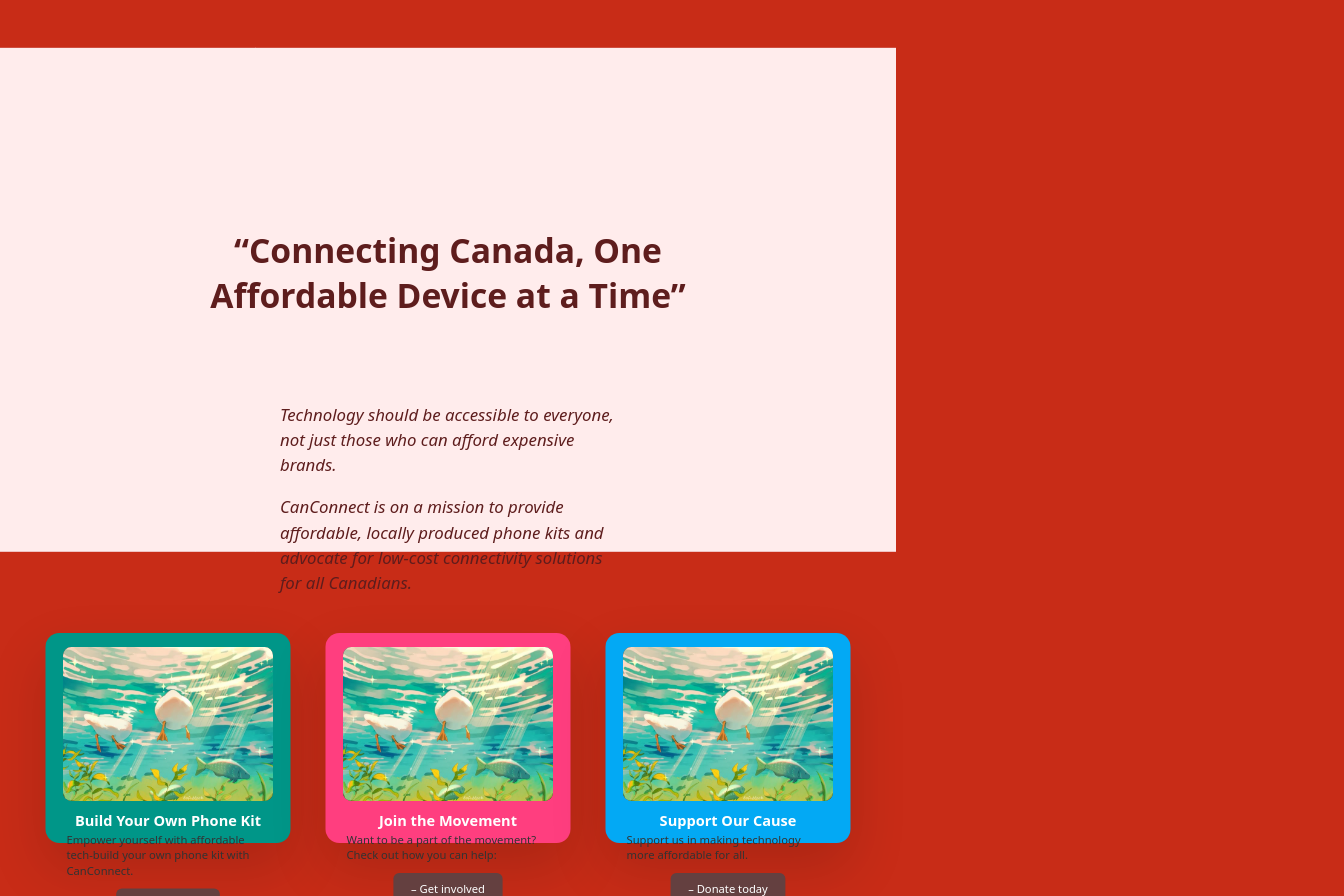
Repository: katelynyew/communityWebsite
Page: index.html
An editor plug-in stored every save of this project. The page is shown before and after the next save, followed by the edit.
The browser window is 1280 px wide. The page is 1920 px wide, so the pictures cover 1920 px, including what lies to the right of the window. The pictures show the part of the page from y = 2035 to 3315 px (the page is 3351 px tall), at 70% of full size.
Some web fonts or font styles are not loaded; a fallback is used. Some web libraries are served in a nearby version.

Above is the page before, as saved 2025-04-03 02:03:33.

### index.html
<!DOCTYPE html>
<html lang="en">
<head>
  <meta charset="UTF-8">
  <meta name="viewport" content="width=device-width, initial-scale=1.0">
  <link rel="stylesheet" href="./style.css" />

  <link rel="preconnect" href="https://fonts.googleapis.com">
  <link rel="preconnect" href="https://fonts.gstatic.com" crossorigin><link href="https://fonts.googleapis.com/css2?family=Ranchers&display=swap" rel="stylesheet">

  <title>Canconnect</title>
</head>
<body>

    <div class="landing">
      <nav>
        <h1 id="logo">CANConnect</h1>
        <a href="index.html">
          <img id="logo-img1" src="./can1.png" alt="CanConnect Logo" id="logo" />
        </a>
        <u1 class="nav-links">
          <li><a href="index.html" onclick="location.reload(); return false;">Home</a></li>
          <li><a href="https://sites.google.com/my.yorku.ca/canconnect/home">About Us</a></li>
          <li><a href="https://sites.google.com/my.yorku.ca/canconnect/tech-reshare-program?authuser=0">Our Project</a></li>
          <li><a href="https://sites.google.com/my.yorku.ca/canconnect/get-involved?authuser=0">Get Involved</a></li>
          <li><a href="https://sites.google.com/my.yorku.ca/canconnect/news-updates?authuser=0">News & Updates</a></li>
          <li><a href="https://sites.google.com/my.yorku.ca/canconnect/our-team?authuser=0">Staff</a></li>
          <li><a href="https://sites.google.com/my.yorku.ca/canconnect/connect?authuser=0">Contact Us</a></li>
        </u1>
      </nav>
      <div class="header">
        <div class="letters">
          <img id="logo-img2" src="can2.png" alt="CanConnect Logo">
          <!-- <h1 class="title">CANConnect</h1> -->
          <h2 class="big-text">“Connecting Canada, One Affordable Device at a Time”</h2>
        </div>
      </div>
      <div class="website-content">
        <div class="img-holder">
          <img src="./back.jpg" alt="Description of the image"/>
        </div>
      </div>
    </div>


  <div class="content-holder">
    <div class="intro-text">

      <h1 class="sub">
        “Connecting Canada, One Affordable Device at a Time”
      </h1>
      <p class="hide">
        <span class="text">Technology should be accessible to everyone, not just those who can afford expensive
          brands.</span>
      </p>

      <p class="hide">
        <span class="text">CanConnect is on a mission to provide affordable, locally produced phone kits and advocate for low-cost connectivity solutions for all Canadians.</span>
      </p>
    </div>
  </div>
  <div class="slider"></div>

  <div class="container">
    <div class="card" style="--clr:#009688;">
      <div class="cardimg">
        <img src="./card.jpeg" alt="">
      </div>
      <div class="card-content">
        <h2>Build Your Own Phone Kit</h2>
        <p>Empower yourself with affordable tech-build your own phone kit with CanConnect.</p>
        <a href="#">– Learn More</a>
      </div>
    </div>
    <div class="card" style="--clr:#ff3e7f;">
      <div class="cardimg">
        <img src="./card.jpeg" alt="">
      </div>
      <div class="card-content">
        <h2>Join the Movement</h2>
        <p>Want to be a part of the movement? Check out how you can help:</p>
        <a href="#">– Get involved</a>
      </div>
    </div>
    <div class="card" style="--clr:#03a9f4;">
      <div class="cardimg">
         <img src="./card.jpeg" alt="">
      </div>
      <div class="card-content">
        <h2>Support Our Cause</h2>
        <p>Support us in making technology more affordable for all.</p>
        <a href="#">– Donate today</a>
      </div>
    </div>
  </div>

<script src="https://cdnjs.cloudflare.com/ajax/libs/gsap/3.8.0/gsap.min.js"></script>
<script src="https://cdnjs.cloudflare.com/ajax/libs/gsap/3.8.0/ScrollTrigger.min.js"></script>
<script src="./script.js"></script>

</body>
</html>

### style.css
*{
    margin: 0;
    padding: 0;
    box-sizing: border-box;
}
main {
    font-family: "Noto Sans", sans-serif;
}
html {
    overscroll-behavior: none;
}



html, body {
    font-family: "Noto sans", sans-serif;
    height: 100%;
    background-color: rgb(200, 44, 23);

}


.landing{
    min-height: 100vh;
    background-color: rgb(200, 44, 23);
    background-size: cover;
    display: flex;
    flex-direction: column;
    justify-content: top;
    align-content: flex-start;
    z-index: 2;
}
img {
    width: 100%;
    height: 100%;
    object-fit: cover;

}
nav {
    position: fixed;
    top: 0;
    right: 0;
    display: flex;
    align-items: center;
    justify-content: space-between;
    min-height: 10vh;
    max-width: 1200px; /* Prevents the nav from expanding too much */
    z-index: 20;


}


.nav-links {
    display: flex;  /* place the items side by side*/
    list-style: none;   /* get rid of bullet point*/
    gap: 2rem;  /* gap between each nav li element*/
    padding: 2em;

}

.nav-links li {
    /* padding-left: 10rem; */
    font-size: 1rem;
    font-weight: lighter;
    list-style: none;
    display: inline-block;
    padding: 5px 15px;
    border-radius: 5px;


}
.nav-links li:hover {
    border-color: #009688; /* Make border visible on hover */
    background-color: rgba(137, 2, 2, 0.475); /* Light background effect */
}

.nav-links li a {
    text-decoration: none; /* Remove underline */
    color: black; /* Change text color */
    font-weight: bold;
    display: block;
  }

#logo{
    position: fixed;
    top: 0;
    left: 100px;
    min-height: 10vh;
    padding: 20px 5px;
    font-family: "Noto Sans", sans-serif;
    font-weight: heavier;
    font-size: 2rem;
    z-index: 1000;


}
#logo-img1 {
    position: fixed; /* Keeps it in place even when scrolling */
    top: 0; /* Aligns to the very top */
    left: 50px; /* Aligns to the very left */
    max-width: 50px; /* Adjust size as needed */
    height: auto;
    padding: 10px; /* Adds some spacing */
}
#logo-img2 {
    max-width: 1000px;
    height: auto;
    display: block;
    margin: 0 auto;
}

.header {
    position: fixed;
    top: 5%;
    left: 0%;
    display: flex;
    width: 100%;
    z-index: 2;


}
.letters {
    flex: 1;
    display: flex;
    flex-direction: column; /*stacks children vertically */
    align-items: center;
    text-transform: uppercase;

}


.big-text {
    flex: 1;
    font-size: 2rem;
    font-weight: heavier;
    text-align: center;
    color: rgb(255, 242, 237);
    margin: 3em 0em;

}

.website-content {

    position: relative;
    padding-top: 3em;
    width: 100%;
    height: 100%;

}

.img-holder {
    background-color: rgb(200, 44, 23);
    margin: 3em 0em;
    position: relative;
    top: 0%;
    width: 100%;
    height: 100vh;
    background: rgb(140, 229, 91);
    clip-path: polygon(37.5% 20%, 62.5% 20%, 62.5% 50%, 37.5% 50%);
    z-index: 10;
}

.img-holder img {
    position: relative;
    top: 0;
    transform: scale(2);
    height: 100vh;


}

.content-holder {
    position: relative;
    top: 170vh;
    width: 100%;
    background: rgb(169, 29, 29);
    color: white;

    margin: 10rem 0rem;
    z-index: 6;
}
.intro-text {
    background: rgb(255, 236, 236);
    position: relative;
    top: 0%;
    width: 100%;
    height: 100vh;
    display: flex;
    flex-direction: column;
    justify-content: flex-start;
    align-items: center;
    color: rgb(94, 29, 29);
    font-family: "Noto Sans", sans-serif;
    padding: 10em 10em;

}
.sub {
    padding: 1em 2em;
    margin: 1em 1em;
    font-size: 3rem;
    text-align: center;
    width: 100%;
}
.intro-text p {
    margin-top: 1em;
    font-size: 1.5rem;
    width: 50%;
    text-align: left;
    line-height: 1.5;
    font-style: italic;
    font-weight: heavier;
}

.container {
    top:150vh;
    background-color: rgb(200, 44, 23);
    position: relative;
    display: flex;
    justify-content: center;
    align-items: center;
    flex-wrap: wrap;
    gap: 100px 50px;
    padding: 100px 50px;
}

.container  .card {
    position: relative;
    display: flex;
    justify-content: center;
    align-items: flex-start;
    width: 350px;
    height: 300px;
    background-color: var(--clr);
    border-radius: 20px;
    box-shadow: 0 35px 80px rgba(0,0,0,0.15);
    transition: 0.5s;
    overflow: visible;

}
.container  .card:hover {
    height: 400px;
}
.container  .card   .cardimg {
    position: absolute;
    top: 20px;
    width: 300px;
    height: 220px;
    background: #333;
    border-radius: 12px;
    overflow: hidden;
    transition: 0.5s;
}

.container  .card:hover .cardimg {
    top: -100px;
    scale: 0.75;
    box-shadow: 0 15px 45px rgba(0,0,0,0.2);
}
.container  .card   .cardimg img {
    position: absolute;
    top: 0;
    left: 0;
    width: 100%;
    height: 100%;

    object-fit: cover;
}

.container  .card   .card-content {
    position: absolute;
    top: 252px;
    width: 100%;
    padding: 0 30px;
    height: 35px;
    overflow: visible;
    text-align: center;
    transition: 0.5s;
    display: flex;
    flex-direction: column;
    justify-content: left;
    align-items: center;
}

.container  .card:hover .card-content {
    top: 130px;
    height: 250px;

}
.container  .card   .card-content h2 {
    font-size: 1.3em;
    font-weight: 700;
    color: white;
    line-height: 2rem;
}

.container  .card   .card-content p {
    font-size: 1rem;
    text-align: left;
    color: #333;


}
.container  .card   .card-content a {
    position: relative;
    top: 15px;
    display: inline-block;
    padding: 12px 25px;
    background: rgb(100, 64, 64);
    color: white;
    font-weight: 500;
    text-decoration: none;
    border-radius: 8px;
}


/* .hide {
    background: black;
    overflow: hidden;
}
*/
/*
.hide span{         /*move down the hide
    transform: translateY(100%);
    display: inline-block;  /*span is inline element
}
*/

### script.js
const tl = gsap.timeline({defaults: {ease: 'power1.out'}});


// tl.to('.slider', {y: "-100%", duration: 1.5, delay: 0.5});
// tl.to(".intro", {y: "-100%", duration: 1}, "-=1");  /*   -=1 means start one sec faster*/
// tl.fromTo("nav", {opacity: 0}, {opacity: 1, duration: 1});
// tl.fromTo(".big-text", {opacity: 0}, {opacity: 1, duration: 1});

gsap.registerPlugin(ScrollTrigger);

document.addEventListener("DOMContentLoaded", function() {
    const contentHolderHeight = document.querySelector(".content-holder").offsetHeight;
    const imgHolderHeight = window.innerHeight;
    const additionalScrollHeight = window.innerHeight;


    const totalBodyHeight = contentHolderHeight + imgHolderHeight + additionalScrollHeight;
    document.body.style.height = `${totalBodyHeight}px`;
});

// Reset the page when it loads
window.addEventListener('load', () => {
    // Reset any GSAP animations or properties
    gsap.set("nav", { opacity: 0 });  // Set nav to invisible
    gsap.set(".header", { opacity: 1 });  // Reset header to visible
    gsap.set(".website-content", { position: 'absolute', top: 'auto' });  // Reset the position of website content

    // Ensure ScrollTrigger resets
    ScrollTrigger.refresh();
});

// Initially set the nav to be invisible
gsap.set("nav", { opacity: 0 });

// ScrollTrigger to fade in the nav after scrolling past the website-content section
gsap.to("nav", {
    opacity: 1,  // Fade in the nav
    scrollTrigger: {
        trigger: ".website-content",  // Trigger after the website-content section
        start: "bottom top",  // Start when the bottom of .website-content hits the top of the viewport
        end: "bottom top",  // Continue for the entire scroll of website-content

        markers: false,  // Optional: Remove if you don't need markers
        toggleActions: "play none none reverse", // Re-trigger on scroll
    }
});

// ScrollTrigger to fade out the nav after scrolling back up
gsap.to("nav", {
    opacity: 0,  // Fade out the nav
    scrollTrigger: {
        trigger: ".website-content",  // Trigger after the website-content section
        start: "top top",  // Start when the top of .website-content hits the top of the viewport
        end: "+=100%",  // Continue for the entire scroll of website-content
        scrub: 0.5,
        markers: false,  // Optional: Remove if you don't need markers
        toggleActions: "reverse none none play", // Re-trigger on scroll
    }
});

// ScrollTrigger for fading out header
gsap.to(".big-text", {
    opacity: 0,  // Fade out
    scrollTrigger: {
        trigger: ".website-content",
        start: "top top",  // Start fading out when the top of the website-content reaches the top of the viewport
        end: "+=100%",  // Keep fading out while scrolling further
        scrub: 1,  // Smooth transition based on scroll
        onEnter: () => gsap.to(".big-text", { opacity: 0, duration: 0.5 }),
        onLeaveBack: () => gsap.to(".big-text", { opacity: 1, duration: 0.5 }),  // Fade in when scrolling back

    }
});

gsap.to("#logo-img2", {
    y: "-200px", // Move the title up
    duration: 1,
    ease: "power1.out",
    scrollTrigger: {
        trigger: ".website-content",
        start: "top top", // Start when .title is near the top of the viewport
        end: "+=100%", // End when it reaches this position
        scrub: 1, // Smooth animation
        markers: false // Set to true if you want to see scroll markers
    }
});

ScrollTrigger.create({
    trigger: ".website-content",
    start: "-0.1% top",
    end: "bottom bottom",
    onEnter: () => {
        gsap.set(".website-content", { position: 'fixed', top: '0' });
    },

    onLeaveBack: () => {
        gsap.set(".website-content", { position: 'absolute', top: 'auto' });
    }

});



gsap.to(".img-holder", {
    //scale: 1,
    rotation: 0,
    clipPath: 'polygon(0% 0%, 100% 0%, 100% 100%, 0% 100%)',
    ease: "power2.inOut",
    trigger: ".img-holder",
    scrollTrigger: {
        start: "top top",
        end: `+=200%`,
        scrub: 1,

    }
});

ScrollTrigger.create({
    trigger: ".img-holder",
    start: "top top",
    end: "+=200%",
    pin: true,
    anticipatePin: 1,
    onLeave: () => {
        gsap.set(".website-content", { position: "absolute", top: "auto" }); // Unpin the image
    },
    onLeaveBack: () => {
        gsap.set(".website-content", { position: "absolute", top: "auto" }); // Ensure the image scrolls back properly
    }

});

// gsap.to(".header .letters:first-child", {
//     x: () => -innerWidth *3,
//     scale: 10,
//     ease: "power2.inOut",
//     scrollTrigger: {
//         start: "top top",
//         end: `+=200%`,
//         scrub: 1
//     }
// });
// gsap.to(".header .letters:last-child", {
//     x: () => innerWidth *3,
//     scale: 10,
//     ease: "power2.inOut",
//     scrollTrigger: {
//         start: "top top",
//         end: `+=200%`,
//         scrub: 1
//     }
// });

After the next save:
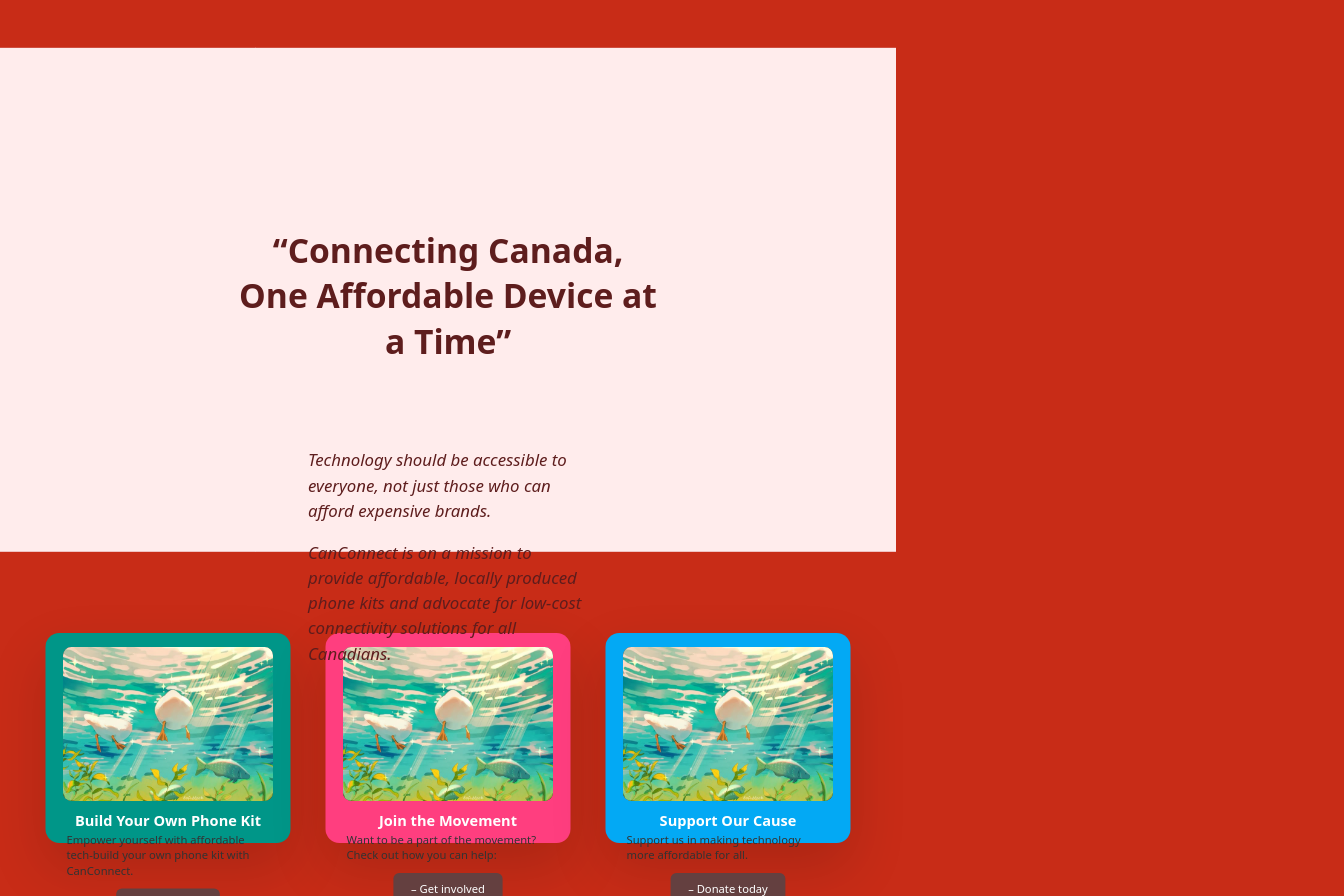
Saved 7 s later.
--- a/style.css
+++ b/style.css
@@ -192,7 +192,7 @@
     align-items: center;
     color: rgb(94, 29, 29);
     font-family: "Noto Sans", sans-serif;
-    padding: 10em 10em;
+    padding: 10em 15em;
 
 }
 .sub {

After the save that followed:
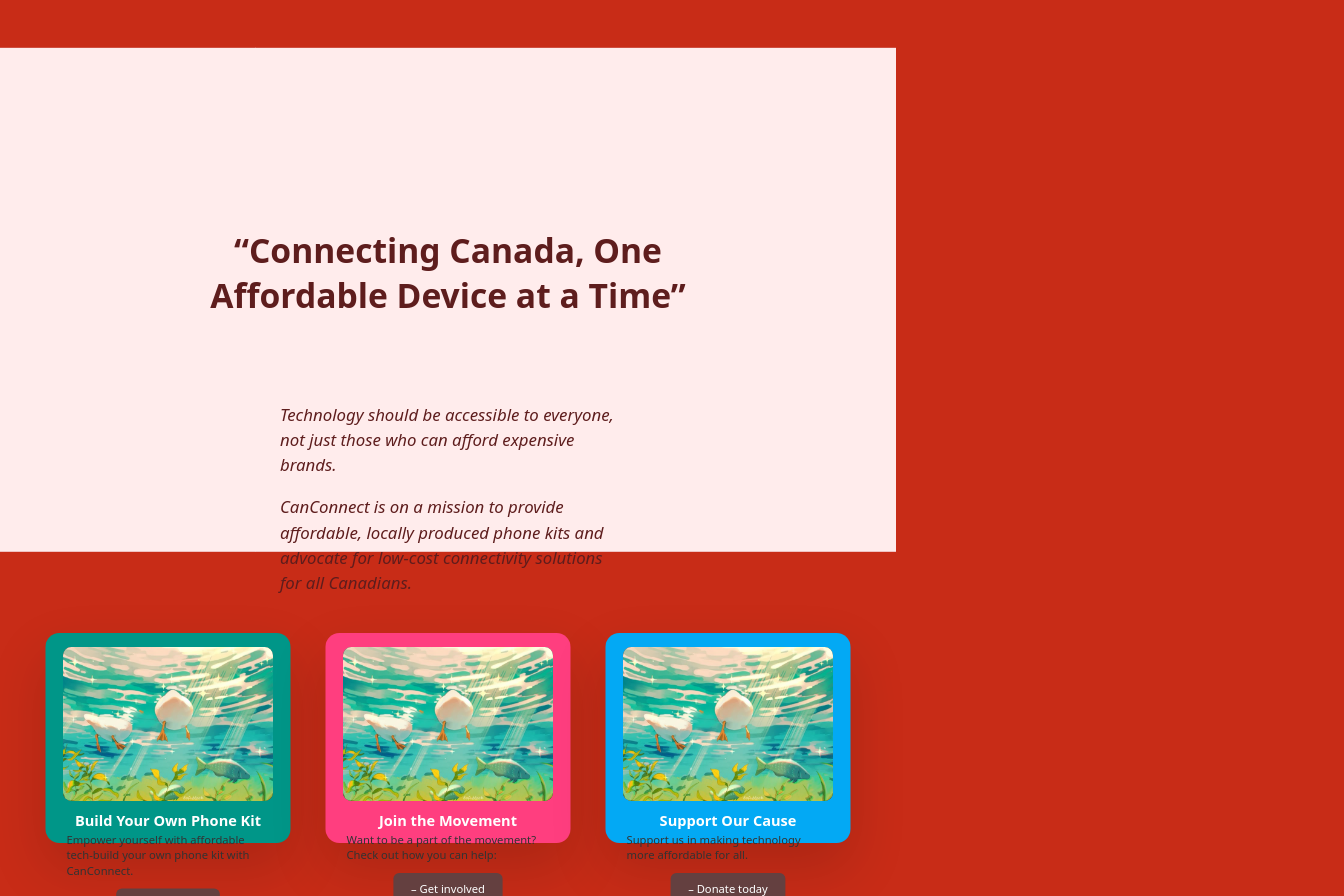
Saved 4 s later.
--- a/style.css
+++ b/style.css
@@ -192,7 +192,7 @@
     align-items: center;
     color: rgb(94, 29, 29);
     font-family: "Noto Sans", sans-serif;
-    padding: 10em 15em;
+    padding: 10em 10em;
 
 }
 .sub {
